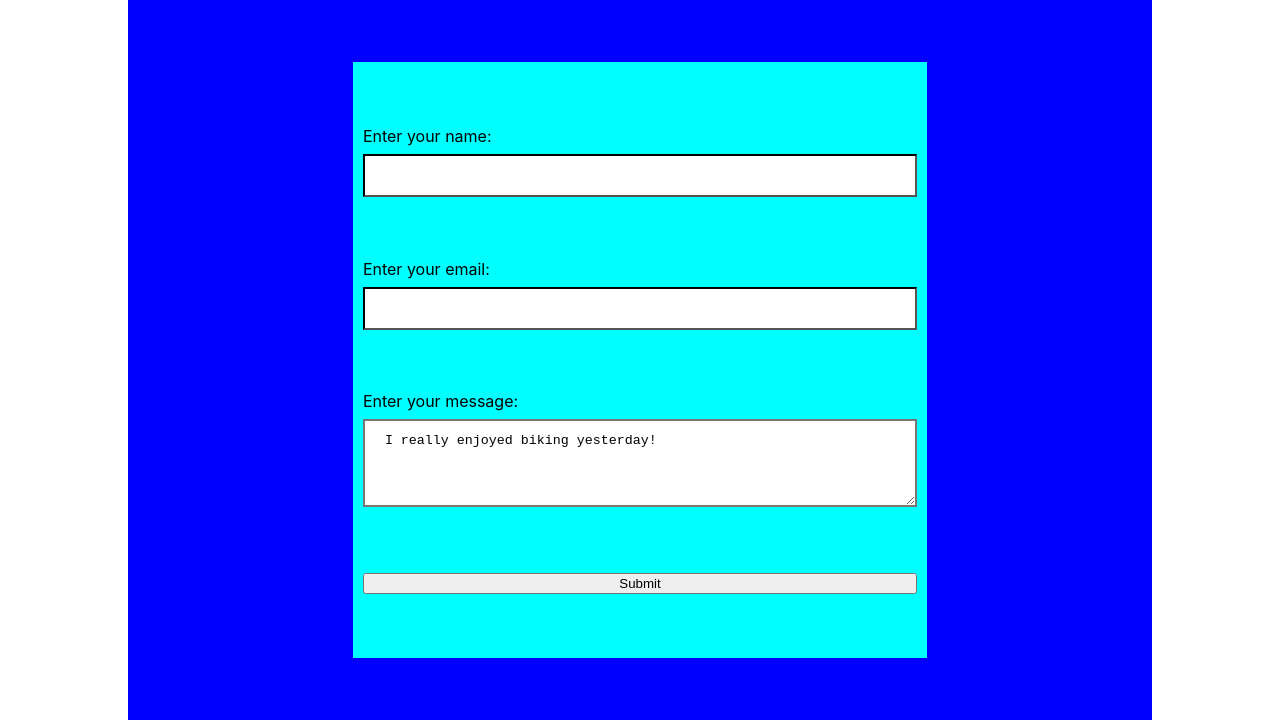
Repository: AddamVictorioDev/ProfileWebsite
Page: /form (app in con/)
An editor plug-in stored every save of this project. The page is shown before and after the next save, followed by the edit.
The browser window is 1280 px wide. The pictures show the whole page.
The project was rebuilt for these pictures with package versions that can differ from the ones it lists, and the page was loaded fresh each time. Also part of the build but not shown: con/src/App.css, con/src/home.css, con/src/home.js, con/src/addam.css, con/src/addam.js, con/src/usescripts.js, con/src/projects.js.

Above is the page before, as saved 2023-03-16 19:10:35.

### con/src/index.css
body {
  margin: 0;
  font-family: -apple-system, BlinkMacSystemFont, 'Segoe UI', 'Roboto', 'Oxygen',
    'Ubuntu', 'Cantarell', 'Fira Sans', 'Droid Sans', 'Helvetica Neue',
    sans-serif;
  -webkit-font-smoothing: antialiased;
  -moz-osx-font-smoothing: grayscale;
  /* background-image: url("/Users/addamvictorio/con/src/waterdropwallpp.jpg"); */
  /* background-color: #ffffff; */

}

code {
  font-family: source-code-pro, Menlo, Monaco, Consolas, 'Courier New',
    monospace;
}

### con/src/App.js
import logo from './logo.svg';
import './App.css';
import HomePage from './home';
import Addam from './addam';

import {
  BrowserRouter,
  Routes,
  Route
} from "react-router-dom";
import Projects from './projects';
import MyForm from './form';

function App() {

  return (

    <BrowserRouter>
      <Routes>


      <Route exact path="/" element={<Addam />}  />
      <Route path="projects" element={<Projects />} />
      <Route path="form" element={<MyForm />} />

      </Routes>


  </BrowserRouter>

  );
}

export default App;

### con/src/form.js
import { useState } from 'react';
import ReactDOM from 'react-dom/client';
import './form.css'

function MyForm() {
  const [inputs, setInputs] = useState({});
  const [textarea, setTextarea] = useState(
    "The content of a textarea goes in the value attribute"
  );

  const handleChange = (event) => {
    const name = event.target.name;
    const value = event.target.value;
    setInputs(values => ({...values, [name]: value}))
  }

  const handleSubmit = (event) => {
    event.preventDefault();
    alert(inputs);
  }

  return (
    <div className="center">
    <form onSubmit={handleSubmit}>
      <label>Enter your name:
      <input
        type="text"
        name="username"
        value={inputs.username || ""}
        onChange={handleChange}
      />
      </label>
      <label>Enter your email:
        <input
          type="text"
          name="age"
          value={inputs.age || ""}
          onChange={handleChange}
        />
        </label>
        <label>Enter your message:
        <textarea
        name="postContent"
        defaultValue="I really enjoyed biking yesterday!"
        rows={4}
        cols={40}
      />
        </label>

        <input type="submit" />
    </form>
    </div>
  )
}

export default MyForm;

### con/src/projects.css
.center{
    display: grid;
    justify-content: center;
    align-items: center;


}
.photo-grid {
    display: flex;
    height: 100%;

    border-radius: 10px;
    border-color: black;

    flex-wrap: wrap;
    justify-content: center;
    align-items: center;
    gap: 10px;
    background-color: blueviolet;
  }

  .photo-item {
    height: 100%;


    position: relative;




    overflow: auto;
  }

  img {
    width: 100%;
    height: 100%;


    object-fit: cover;
  }
  .img-text {
    position: absolute;
    width: 100%;
    bottom: 10px;

    color: white;
    background-color: rgb(199, 6, 6);
    padding: 10px;
  }

### con/src/form.css
body{
    display: flex;
    align-items: center;
    justify-content: center;

    height:100vh;

}
.container{

    align-items:center;
    display: flex;
    justify-content: space-between;
    background-color: aquamarine;

}

.center{
    display: grid;
    place-items: center;
 width: 80vw;
 height: 100vh;
    background-color: blue;



}


form{
    display: flex;
    flex-direction: column;
    background-color: aqua;
    width: 100%;
    height: 80%;
    padding: 10px;
    justify-content: space-evenly;

}

input[type=text] {
    width: 100%;
    padding: 12px 20px;
    margin: 8px 0;
border-color: black;
    box-sizing: border-box;
  }
  textarea{

    width: 100%;
    padding: 12px 20px;
    margin: 8px 0;
    box-sizing: border-box;
    border-width: 2px;
  }

Loaded but not shown: con/public/index.html (common file); con/src/index.js (common file); con/src/reportWebVitals.js (common file)

After the next save:
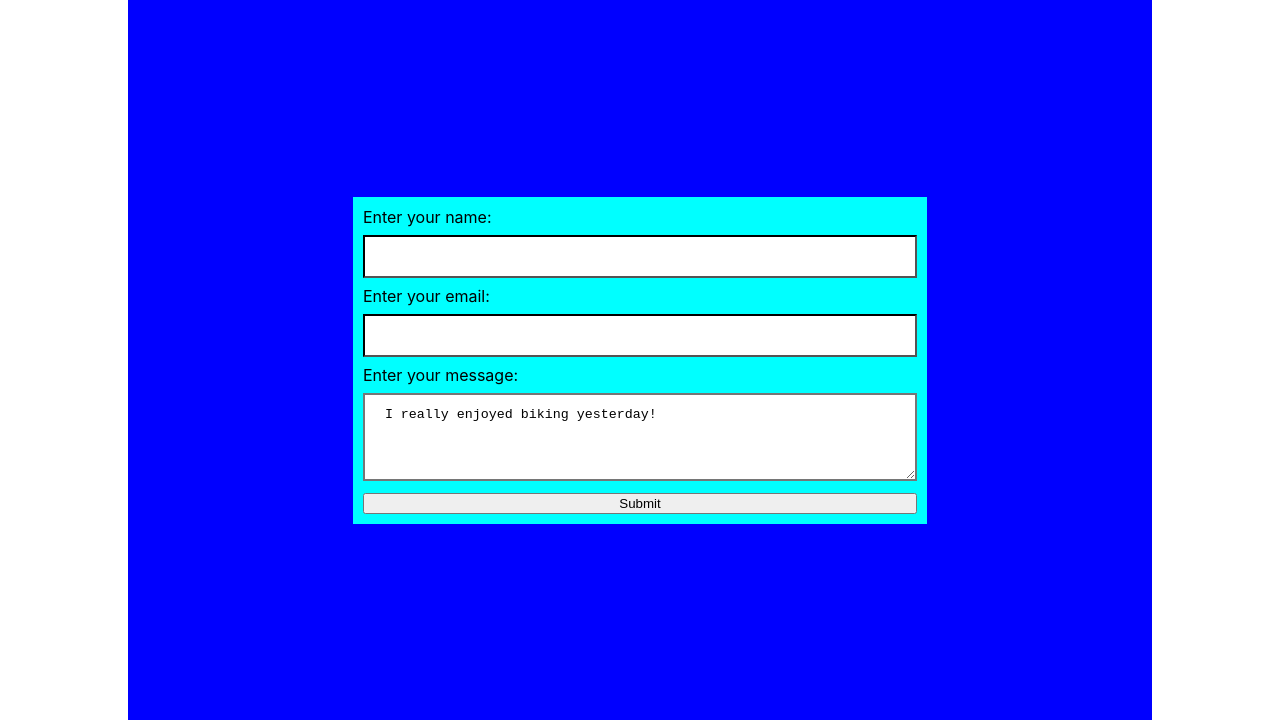
Saved 9 s later.
--- a/con/src/form.css
+++ b/con/src/form.css
@@ -32,7 +32,7 @@ form{
     flex-direction: column;
     background-color: aqua;
     width: 100%;
-    height: 80%;
+
     padding: 10px;
     justify-content: space-evenly;
 
